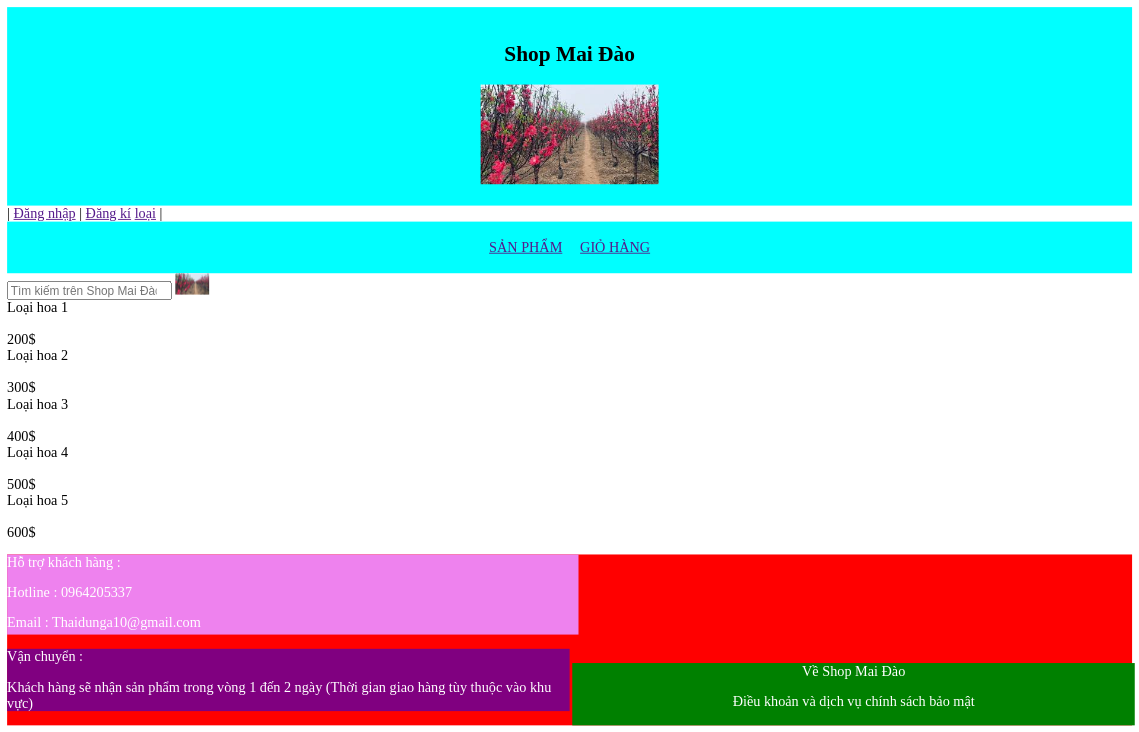
Repository: 08PS22617Dung/08-PS22617-D-ng
Page: agm2/index.html
These files come from the project's save history. The page is drawn as it stood at one moment and after a run of saves; the edit follows.
The browser window is 1280 px wide. The pictures show the whole page, at 89% of full size.

Above is the page before, as saved 2022-02-14 09:06:25.
Not found: agm2/dangki.html
Not found: agm2/dangnhap.html

### agm2/index.html
<!DOCTYPE html>
<html lang="en">

<head>
    <meta charset="UTF-8">
    <meta http-equiv="X-UA-Compatible" content="IE=edge">
    <meta name="viewport" content="width=device-width, initial-scale=1.0">
    <title>Document</title>
    <link rel="stylesheet" href="1.css">
    <link rel="stylesheet" href="dangnhap.html">
    <link rel="stylesheet" href="dangki.html">
</head>

<body>
    <header>
        <div box="container">
            <nav>
                <h1>Shop Mai Đào</h1>
                <img width="200px" src="img/images.jfif">
            </nav>
            <div class="xin chào">|
                <a href="">Đăng nhập</a> |
                <a href="">Đăng kí</a>
                <a href="">loại</a> |
            </div>
            <nav class="lựa chọn">
                <a href="">SẢN PHẨM</a>&emsp;
                <a href="">GIỎ HÀNG</a>
            </nav>
            <div class="searh-text">
                <input type="search" name="Tìm kiếm" placeholder="Tìm kiếm trên Shop Mai Đào...">

                <img src="img/images.jfif" width="38" height="24">
                <a href="#" class="search-btn">
                    <i class="fa fa-search"></i>
                </a>
            </div>
            <article>
                <div class="box-26">
                    <div class="Loại 1">
                        <div class="Ten">Loại hoa 1</div>
                        <img src="" alt="" />
                        <div class="gia">200$</div>
                    </div>
                </div>
                <div class="box-26">
                    <div class="Loại 2">
                        <div class="Ten">Loại hoa 2</div>
                        <img src="" alt="" />
                        <div class="gia">300$</div>
                    </div>
                </div>
                <div class="box-26">
                    <div class="Loại 3">
                        <div class="Ten">Loại hoa 3</div>
                        <img src="" alt="" />
                        <div class="gia">400$</div>
                    </div>
                </div>
                <div class="box-26">
                    <div class="Loại 4">
                        <div class="Ten">Loại hoa 4</div>
                        <img src="" alt="" />
                        <div class="gia">500$</div>
                    </div>
                </div>
                <div class="box-26">
                    <div class="Loại 5">
                        <div class="Ten">Loại hoa 5</div>
                        <img src="" alt="" />
                        <div class="gia">600$</div>
                    </div>
                </div>
            </article>
            <footer>
            <div class="box--1">
                <p class="box--letter">Hỗ trợ khách hàng :</p>
                <p>Hotline : 0964205337</p>
                <p>Email : Thaidunga10@gmail.com</p>
              </div>
              <div class="box--2">
                <p class="box--letter">Vận chuyển :</p>
                <p>
                  Khách hàng sẽ nhận sản phẩm trong vòng 1 đến 2 ngày (Thời gian giao hàng tùy thuộc vào khu vực)
                </p>
              </div>
              <div class="box--3">
                <p class="box--letter">Về Shop Mai Đào</p>
                <p>Điều khoản và dịch vụ chính sách bảo mật</p>
              </div>
            </footer>
    </header>
    </div>
</body>

</html>

### agm2/1.css
nav{
    background: aqua;
    padding:20px;
    text-align: center;
}
article {

}
.box--1 {
    width: 50%;
    background-color: violet;
    height: 90px;
    padding-right: 10px;
  }
.box--2 {
    background-color: purple;
    width: 50%;
    height: 70px;
  }
.box--3 {
    background-color: green;
    width: 50%;
    height: 70px;
    text-align: center;
    margin-top: -70px;
    margin-left: 39.7rem;
  }
footer {
    padding: 0 auto;
    color: white;
    clear: left;
    background-color: red;
  }

After the next 4 saves:
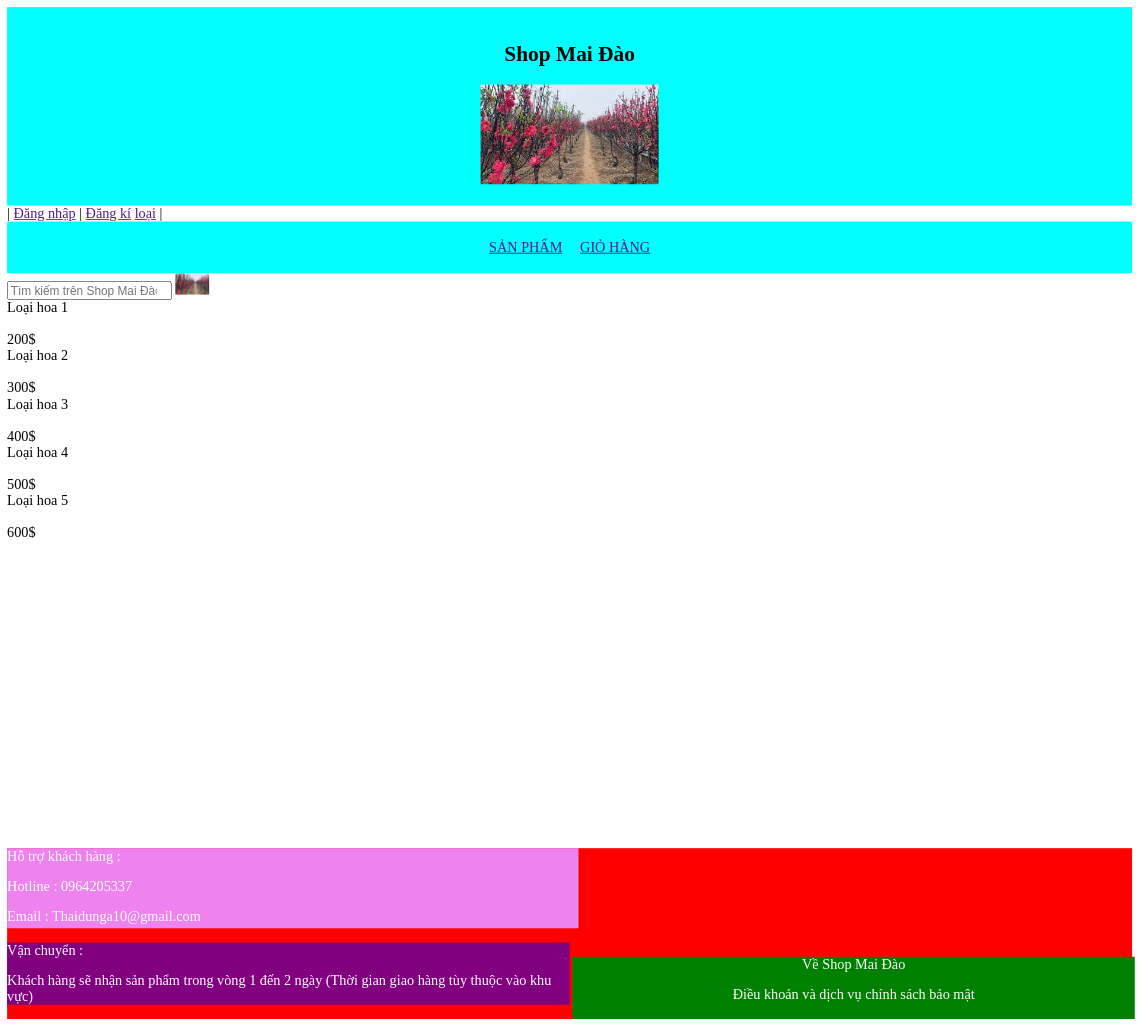
The 4 saves are shown as one change because they came seconds apart.
The last was saved 12 s later.
--- a/agm2/1.css
+++ b/agm2/1.css
@@ -4,6 +4,7 @@ nav{
     text-align: center;
 }
 article {
+    min-height: 600px;
 
 }
 .box--1 {
